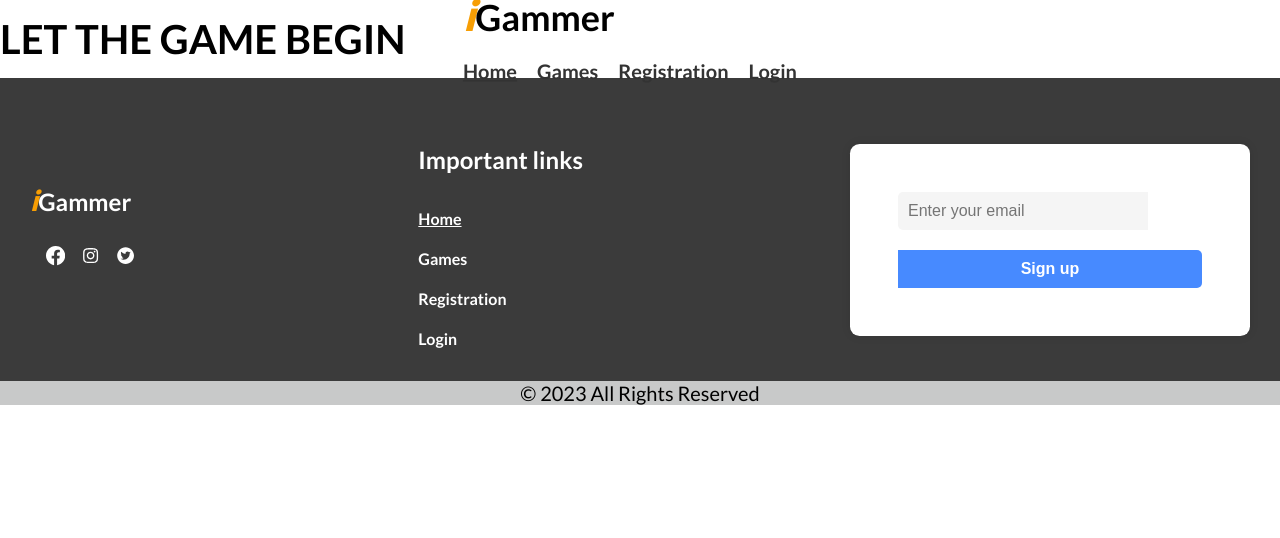
Repository: DannyMyles/iGammer
Page: /
An editor plug-in stored every save of this project. The page is shown before and after a run of saves, followed by the edit.
The browser window is 1280 px wide. The pictures show the whole page.
The project was rebuilt for these pictures with package versions that can differ from the ones it lists, and the page was loaded fresh each time. Also part of the build but not shown: src/pages/games/games.css, src/pages/games/Games.tsx, src/pages/home/home.css, src/pages/login/Login.tsx, src/pages/playgame/playgame.css, src/pages/playgame/PlayGame.tsx, src/pages/register/register.css, src/pages/register/Register.tsx.

Above is the page before, as saved 2023-03-16 11:10:32.

After the next 2 saves:
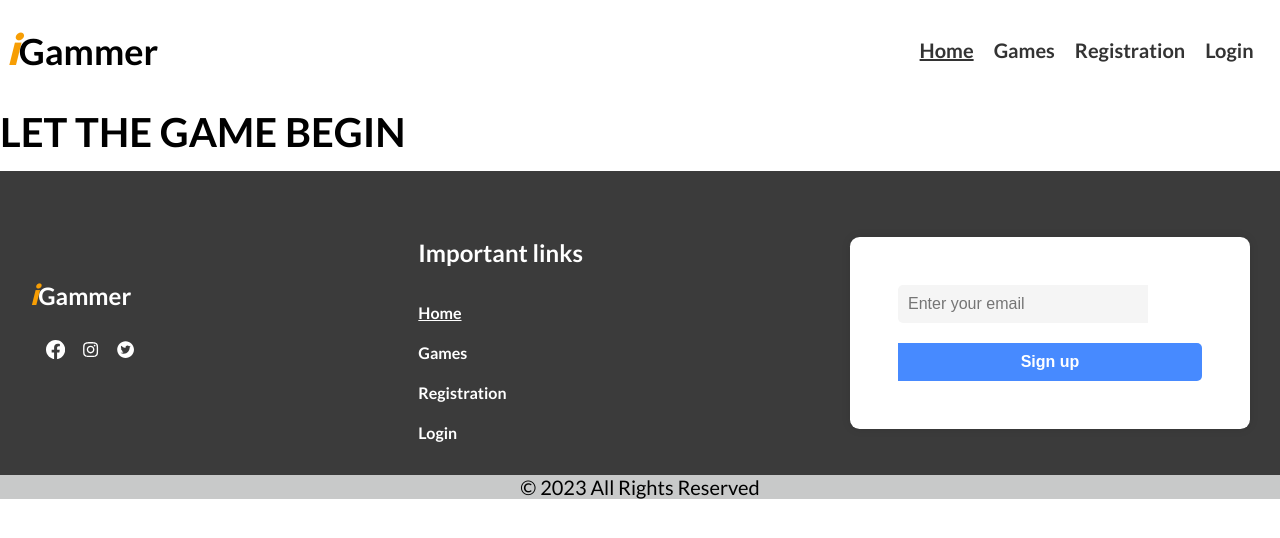
The 2 saves are shown as one change because they came seconds apart.
The last was saved 19 s later.
--- a/src/components/navbar/navbar.css
+++ b/src/components/navbar/navbar.css
@@ -1,12 +1,8 @@
 .main-nav{
-  position: absolute;
-  /* top: 50%; */
-  right: 0;
-  left: 0;
-  width: 319px;
-  display: table;
-  margin: 0 auto;
-  transform: translateY(-50%);
+    display: flex;
+    justify-content: space-between;
+    align-items: center;
+    margin: .4rem;
 }
 .nav-list {
   display: flex;
